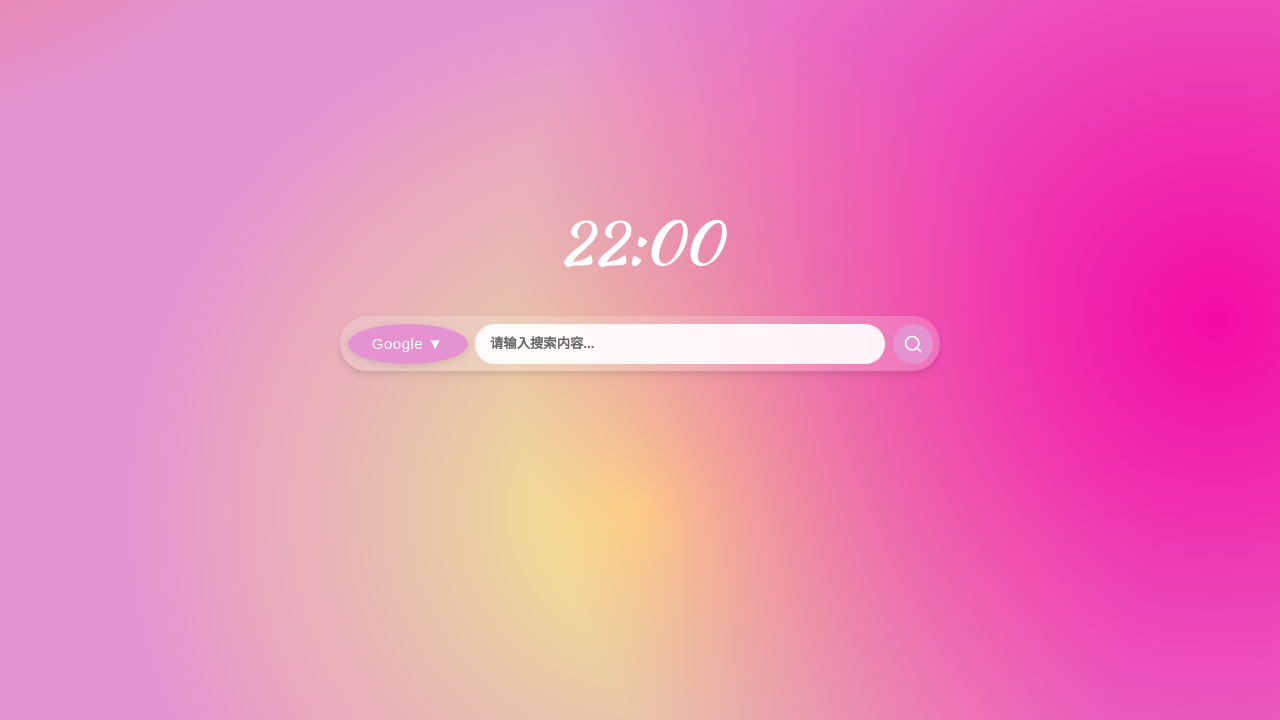
Repository: RADEKWRLD/NaviR
Page: index.html
An editor plug-in stored every save of this project. The page is shown before and after the next save, followed by the edit.
The browser window is 1280 px wide. The pictures show the whole page.

Above is the page before, as saved 2025-05-23 22:46:56.
Console error: TypeError: Cannot read properties of null (reading 'appendChild')

After the next save:
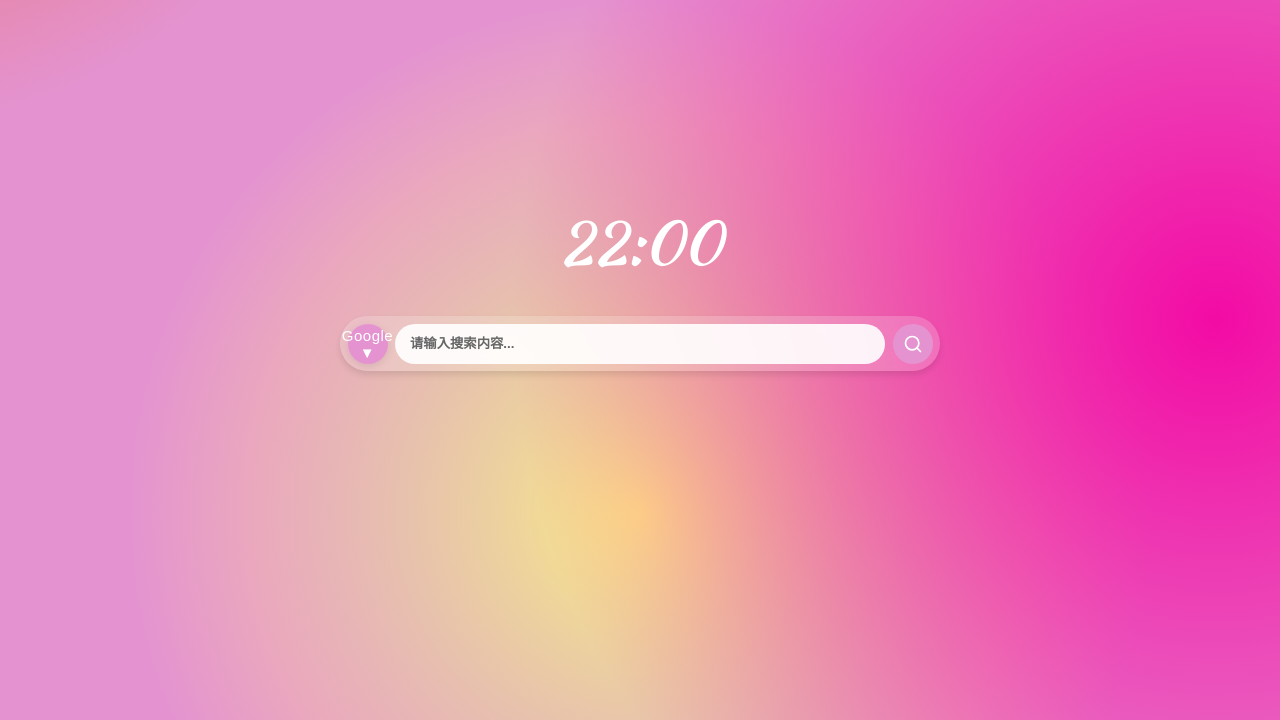
Saved 21 s later.
--- a/style.css
+++ b/style.css
@@ -224,7 +224,7 @@ body {
     font-family: 'Quicksand', sans-serif;
     cursor: pointer;
     outline: none;
-    min-width: 120px;
+    min-width: 10px;
     font-size: 1rem;
     height: 45px;
     display: flex;
